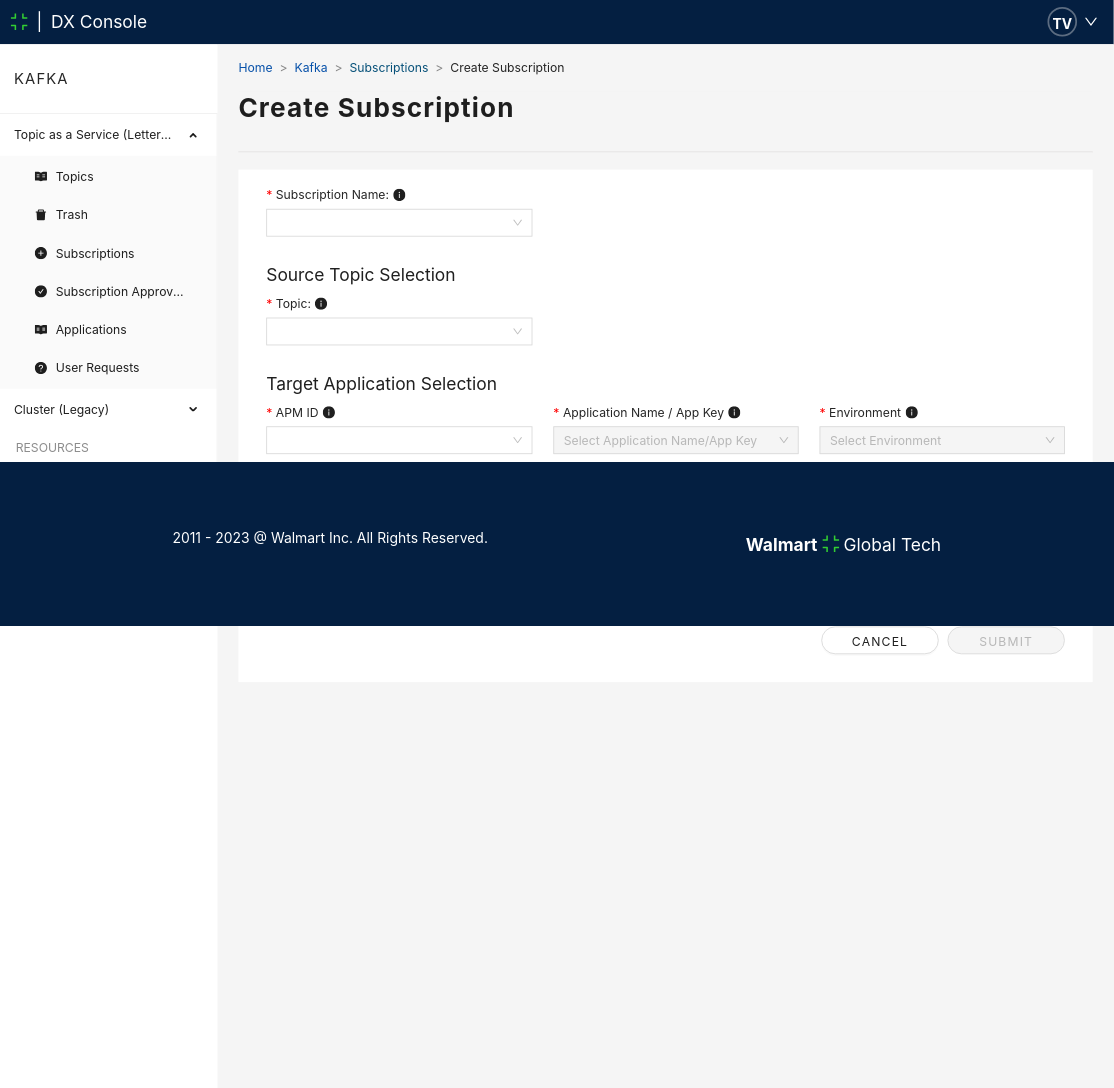
Repository: Qianying-Chai/kafka
Page: /kafka/subscriptions_active_tab=proxy/create
An editor plug-in stored every save of this project. The page is shown before and after the next save, followed by the edit.
The browser window is 1280 px wide. The pictures show the whole page, at 87% of full size.
The project was rebuilt for these pictures with package versions that can differ from the ones it lists, and the page was loaded fresh each time. Also part of the build but not shown: src/pages/Components/ComponentsTable.jsx, src/pages/Components/ComponentsInput.jsx, src/pages/Components/ComponentsPagination.jsx, src/pages/Taas/Topics/Topics.jsx, src/pages/Taas/Topics/CreateTopics/Form/DetailsForm.jsx, src/pages/Taas/Topics/CreateTopics/CreateTopic.jsx, src/pages/Taas/Trash/Style/Trash.css, src/pages/Taas/Trash/Trash.jsx and 15 more.

Above is the page before, as saved 2024-01-15 22:23:11.

### src/redux/store.jsx
import { configureStore } from "@reduxjs/toolkit";
import reducer from "./reducer";
const store = configureStore({ reducer: reducer });
export default store;

### src/pages/common/Header.jsx
import React from "react";
import "./Style/Header.css";
import { CompressOutlined, UpOutlined, DownOutlined } from "@ant-design/icons";
import { Layout } from "antd";
import { useState } from "react";
const Header = () => {
  const [login, setLogin] = useState(true);

  return (
    <Layout>
      <Layout.Header className="header">
        <div className="header-content-left">
          <CompressOutlined className="header-left-icon" />
          <span className="header-left-divider">|</span>
          <span className="header-left-dx-console">DX Console </span>
        </div>
        <div className="header-content-right">
          <div className="user">
            <div className="user-icon">TV</div>
            {login ? (
              <DownOutlined
                className="login-button"
                onClick={() => {
                  setLogin((state) => !state);
                }}
              />
            ) : (
              <UpOutlined
                className="logout-button"
                onClick={() => {
                  setLogin((state) => !state);
                }}
              />
            )}
          </div>
          <div
            className="logout-pop-up"
            style={{
              display: login ? "none" : "block",
            }}
          >
            LOGOUT
          </div>
        </div>
      </Layout.Header>
    </Layout>
  );
};
export default Header;

### src/pages/common/categoryConstants.jsx
const categoryConstants = {
  TOPICS: "Topics",
  TRASH: "Trash",
  SUBSCRIPTIONS: "Subscriptions",
  SUBSCRIPTIONS_APPROVALS: "Subscription Approvals",
  APPLICATIONS: "Applications",
  USER_REQUESTS: "User Requests",
  CLUSTERS: "Clusters",
  MIGRATED_CLUSTERS: "Migrated Clusters",
  SUBSCRIPTION: "Subscription",
  USERE_REQUESTS_LEGACY: "User Requests (Legacy)",
  SUPPORT: "Support",
  CREATE_TOPIC: "Create Topic",
  CREATE_SUBSCRIPTION: "Create Subscription",
};

export default categoryConstants;

### src/pages/Taas/Subscriptions/SubscriptionsProxy/CreateSubscriptions/CreateSubscriptionsProxy.jsx
import React from "react";
import ComponentsContent from "../../../../Components/ComponentsContent";
import categoryConstants from "../../../../common/categoryConstants";
import ComponentsBreadcrumb from "../../../../Components/ComponentsBreadcrumb";
import ComponentsDivider from "../../../../Components/ComponentsDivider";
import ComponentsTitle from "../../../../Components/ComponentsTitle";
import SubscriptionName from "./Form/SubscriptionName";
import SourceTopicSelection from "./Form/SourceTopicSelection";
import TargetApplicationSelection from "./Form/TargetApplicationSelection";
import RequesterDetails from "./Form/RequesterDetails";
import { Button, ConfigProvider, Divider } from "antd";
const CreateSubscriptionsProxy = () => {
  return (
    <ConfigProvider
      theme={{
        token: {
          borderRadius: 0,
        },
      }}
    >
      <div>
        <ComponentsBreadcrumb
          items={[
            {
              title: "Home",
            },
            {
              title: "Kafka",
            },
            {
              title: categoryConstants.SUBSCRIPTIONS,
              href: `/kafka/${categoryConstants.SUBSCRIPTIONS.toLowerCase()}_active_tab=nonProxy`,
            },
            {
              title: categoryConstants.CREATE_SUBSCRIPTION,
            },
          ]}
        />
        <div className="content-banner">
          <ComponentsTitle title={categoryConstants.CREATE_SUBSCRIPTION} />
        </div>
      </div>
      <ComponentsContent>
        <SubscriptionName />
        <SourceTopicSelection />

        <TargetApplicationSelection />
        <Divider />
        <RequesterDetails />
        <ComponentsDivider />
        <div className="buttons-wrapper">
          <Button shape="round" size={"medium"} className="cancel-button">
            CANCEL
          </Button>
          <Button
            shape="round"
            size={"medium"}
            disabled
            className="submit-button"
          >
            SUBMIT
          </Button>
        </div>
      </ComponentsContent>
    </ConfigProvider>
  );
};
export default CreateSubscriptionsProxy;

### src/pages/common/Footer.jsx
import React from "react";
import { Layout } from "antd";
import { CompressOutlined } from "@ant-design/icons";
import "./Style/Footer.css";

const Footer = () => {
  return (
    <Layout.Footer className="footer">
      <div className="footer-text-left">
        2011 - 2023 @ Walmart Inc. All Rights Reserved.
      </div>
      <div className="footer-text-right">
        <span className="footer-text-right-walmart">Walmart</span>
        <CompressOutlined className="footer-icon" />
        <span className="footer-text-right-global-tech">Global Tech</span>
      </div>
    </Layout.Footer>
  );
};

export default Footer;

### src/redux/reducer.jsx
import { SET_PATH_NAME, SET_SELECTED_TAAS_SUBSCRIPTIONS } from "./constants";
const initialState = {
  pathName: "",
  selectedTaasSubscriptions: "nonProxy",
};
const reducer = (state = initialState, action) => {
  const { type, payload } = action;
  switch (type) {
    case SET_PATH_NAME:
      return { ...state, pathName: payload };
    case SET_SELECTED_TAAS_SUBSCRIPTIONS:
      return { ...state, selectedTaasSubscriptions: payload };
    default:
      return state;
  }
};

export default reducer;

### src/pages/common/Style/Header.css
.header {
  justify-content: space-between;
  padding: 0 12px;
  background-color: rgb(4, 31, 65);
  height: 51px;
  line-height: 51px;
  color: #ffffff;
}

.header,
.user {
  display: flex;
}

.header-content-left {
  font-size: 20px;
}

.header-left-icon {
  color: #32cd32;
}

.header-left-divider {
  margin: 0 10px;
}

.header-content-right {
  font-weight: bolder;
  flex-direction: column;
  font-size: 1rem;
  width: 76px;
  padding-left: 12px;
}

.user {
  margin: 8px 0px;
}
.user-icon {
  height: 34px;
  line-height: 34px;
  width: 34px;
  border-radius: 50%;
  text-align: center;
}
.user-icon,
.logout-pop-up {
  border: 2px solid rgba(225, 225, 225, 0.4);
}

.login-button,
.logout-button {
  padding-left: 8px;
}

.logout-pop-up {
  transition: all 10s ease-out;
  width: 100px;
  height: 60px;
  line-height: 60px;
  position: absolute;
  right: 0px;
  z-index: 999;
  font-size: 15px;
  letter-spacing: 1pt;
  text-align: center;
  justify-content: center;
  color: rgb(94, 91, 91);
  box-shadow: 0px 0px 4px 4px rgba(176, 174, 174, 0.4);
}

### src/pages/common/Style/Sider.css
.sider {
  min-height: 1200px;
}

.slider-top {
  height: 80px;
  border-bottom: 1px solid rgb(239, 239, 239);
}
.slider-top-content {
  height: 100%;
  display: flex;
  align-items: center;
  margin-left: 16px;
  letter-spacing: 1pt;
  font-size: 17px;
  color: #000000d9;
}

### src/pages/Components/ComponentsContent.jsx
import React from "react";
import "../common/Style/Content.css";
import { Layout, theme } from "antd";

const ComponentsContent = (props) => {
  const {
    token: { colorBgContainer },
  } = theme.useToken();

  return (
    <div>
      <Layout.Content
        style={{
          padding: "20px 32px 32px",
          minHeight: 280,
          background: colorBgContainer,
        }}
        {...props}
      ></Layout.Content>
    </div>
  );
};
export default ComponentsContent;

### src/pages/Components/ComponentsBreadcrumb.jsx
import React from "react";
import { Breadcrumb, ConfigProvider } from "antd";

const ComponentsBreadcrumb = (props) => {
  return (
    <ConfigProvider
      theme={{
        components: {
          Breadcrumb: {
            lastItemColor: "#000000D9",
            linkColor: "#075179",
            itemColor: "#0751A9",
            linkHoverColor: "#F5F5F5",
          },
          token: {
            colorBgTextHover: "#F5F5F5",
          },
        },
      }}
    >
      <div>
        <Breadcrumb
          style={{
            margin: "16px 0",
          }}
          separator=">"
          items={props.items}
        ></Breadcrumb>
      </div>
    </ConfigProvider>
  );
};
export default ComponentsBreadcrumb;

### src/pages/Components/ComponentsTitle.jsx
import React from "react";
import { Typography, ConfigProvider } from "antd";
const { Title } = Typography;

const ComponentsTitle = (props) => {
  return (
    <>
      <ConfigProvider
        theme={{
          components: {
            token: {
              colorText: "#041E42",
            },
          },
        }}
      >
        <Title level={2} style={{ fontWeight: "bold" }}>
          {props.title}
        </Title>
      </ConfigProvider>
    </>
  );
};

export default ComponentsTitle;

### src/pages/Components/ComponentsDivider.jsx
import React from "react";
import { Divider, ConfigProvider } from "antd";
const ComponentsDivider = () => (
  <ConfigProvider
    theme={{
      token: {
        colorSplit: "rgba(0, 0, 0, 0.85)",
        marginLG: 16,
      },
    }}
  >
    {" "}
    <Divider />
  </ConfigProvider>
);
export default ComponentsDivider;

### src/pages/Taas/Topics/Style/CreateTopic.css
.buttons-wrapper {
  display: flex;
  justify-content: flex-end;
}

.cancel-button,
.submit-button {
  letter-spacing: 1pt;
  padding: 4px 15px;
  width: 135px;
}
.cancel-button {
  margin-right: 10px;
}

### src/pages/Taas/Subscriptions/SubscriptionsProxy/CreateSubscriptions/Form/SubscriptionName.jsx
import React, { useMemo, useRef, useState } from "react";
import SelectTitle from "../../../../../Components/SelectTitle";
import { Col, Row, Select, Spin } from "antd";
import debounce from "lodash/debounce";

const SubscriptionName = () => {
  function DebounceSelect({ fetchOptions, debounceTimeout = 800, ...props }) {
    const [fetching, setFetching] = useState(false);
    const [options, setOptions] = useState([]);
    const fetchRef = useRef(0);
    const debounceFetcher = useMemo(() => {
      const loadOptions = (value) => {
        fetchRef.current += 1;
        const fetchId = fetchRef.current;
        setOptions([]);
        setFetching(true);
        fetchOptions(value).then((newOptions) => {
          if (fetchId !== fetchRef.current) {
            // for fetch callback order
            return;
          }
          setOptions(newOptions);
          setFetching(false);
        });
      };
      return debounce(loadOptions, debounceTimeout);
    }, [fetchOptions, debounceTimeout]);
    return (
      <Select
        labelInValue
        filterOption={false}
        onSearch={debounceFetcher}
        notFoundContent={fetching ? <Spin size="small" /> : null}
        {...props}
        options={options}
      />
    );
  }
  async function fetchUserList(username) {
    console.log("fetching user", username);
    return fetch("https://randomuser.me/api/?results=5")
      .then((response) => response.json())
      .then((body) =>
        body.results.map((user) => ({
          label: `${user.name.first} ${user.name.last}`,
          value: user.login.username,
        }))
      );
  }
  const [value, setValue] = useState([]);

  return (
    <>
      <Row style={{ display: "flex", flexFlow: "nowrap" }}>
        <Col
          span={8}
          className="col"
          style={{
            marginRight: "12px",
          }}
        >
          <SelectTitle title={"Subscription Name:"} />
          <DebounceSelect
            mode="multiple"
            value={value}
            fetchOptions={fetchUserList}
            onChange={(newValue) => {
              setValue(newValue);
            }}
            className="select"
          />
        </Col>
      </Row>
    </>
  );
};
export default SubscriptionName;

### src/pages/Taas/Subscriptions/SubscriptionsProxy/CreateSubscriptions/Form/SourceTopicSelection.jsx
import React, { useMemo, useState, useRef } from "react";
import SelectTitle from "../../../../../Components/SelectTitle";
import debounce from "lodash/debounce";
import { Col, Row, Select, Spin, Typography } from "antd";
const { Title } = Typography;

const SourceTopicSelection = () => {
  function DebounceSelect({ fetchOptions, debounceTimeout = 800, ...props }) {
    const [fetching, setFetching] = useState(false);
    const [options, setOptions] = useState([]);
    const fetchRef = useRef(0);
    const debounceFetcher = useMemo(() => {
      const loadOptions = (value) => {
        fetchRef.current += 1;
        const fetchId = fetchRef.current;
        setOptions([]);
        setFetching(true);
        fetchOptions(value).then((newOptions) => {
          if (fetchId !== fetchRef.current) {
            // for fetch callback order
            return;
          }
          setOptions(newOptions);
          setFetching(false);
        });
      };
      return debounce(loadOptions, debounceTimeout);
    }, [fetchOptions, debounceTimeout]);
    return (
      <Select
        labelInValue
        filterOption={false}
        onSearch={debounceFetcher}
        notFoundContent={fetching ? <Spin size="small" /> : null}
        {...props}
        options={options}
      />
    );
  }

  const [value, setValue] = useState([]);

  async function fetchUserList(username) {
    console.log("fetching user", username);
    return fetch("https://randomuser.me/api/?results=5")
      .then((response) => response.json())
      .then((body) =>
        body.results.map((user) => ({
          label: `${user.name.first} ${user.name.last}`,
          value: user.login.username,
        }))
      );
  }
  // const handleChange = (value) => {
  //   console.log(`selected ${value}`);
  // };

  return (
    <>
      <Title level={4} style={{ fontWeight: "normal", paddingTop: "20px" }}>
        Source Topic Selection
      </Title>
      <Row style={{ display: "flex", flexFlow: "nowrap" }}>
        <Col
          span={8}
          style={{
            marginRight: "12px",
          }}
        >
          <SelectTitle title={"Topic:"} />
          <DebounceSelect
            className="select"
            mode="multiple"
            value={value}
            fetchOptions={fetchUserList}
            onChange={(newValue) => {
              setValue(newValue);
            }}
            style={{
              width: "100%",
              margin: "0 0 10px",
            }}
          />
        </Col>
      </Row>
    </>
  );
};

export default SourceTopicSelection;

### src/pages/Taas/Subscriptions/SubscriptionsProxy/CreateSubscriptions/Form/RequesterDetails.jsx
import React, { useMemo, useState, useRef } from "react";
import SelectTitle from "../../../../../Components/SelectTitle";
import debounce from "lodash/debounce";
import { Col, Row, Select, Spin, Typography, Collapse } from "antd";
const { Title } = Typography;

const RequesterDetails = () => {
  function DebounceSelect({ fetchOptions, debounceTimeout = 800, ...props }) {
    const [fetching, setFetching] = useState(false);
    const [options, setOptions] = useState([]);
    const fetchRef = useRef(0);
    const debounceFetcher = useMemo(() => {
      const loadOptions = (value) => {
        fetchRef.current += 1;
        const fetchId = fetchRef.current;
        setOptions([]);
        setFetching(true);
        fetchOptions(value).then((newOptions) => {
          if (fetchId !== fetchRef.current) {
            // for fetch callback order
            return;
          }
          setOptions(newOptions);
          setFetching(false);
        });
      };
      return debounce(loadOptions, debounceTimeout);
    }, [fetchOptions, debounceTimeout]);
    return (
      <Select
        labelInValue
        filterOption={false}
        onSearch={debounceFetcher}
        notFoundContent={fetching ? <Spin size="small" /> : null}
        {...props}
        options={options}
      />
    );
  }

  const [value, setValue] = useState([]);

  async function fetchUserList(username) {
    console.log("fetching user", username);
    return fetch("https://randomuser.me/api/?results=5")
      .then((response) => response.json())
      .then((body) =>
        body.results.map((user) => ({
          label: `${user.name.first} ${user.name.last}`,
          value: user.login.username,
        }))
      );
  }
  // const handleChange = (value) => {
  //   console.log(`selected ${value}`);
  // };
  const items = [
    {
      key: "1",
      label: (
        <Title level={4} style={{ fontWeight: "normal", paddingTop: "20px" }}>
          Source Topic Selection
        </Title>
      ),
      // children: [
      //   <Row style={{ display: "flex", flexFlow: "nowrap" }}>
      //     <Col
      //       span={8}
      //       style={{
      //         marginRight: "12px",
      //       }}
      //     >
      //       <SelectTitle title={"Topic:"} />
      //       <DebounceSelect
      //         className="select"
      //         mode="multiple"
      //         value={value}
      //         fetchOptions={fetchUserList}
      //         onChange={(newValue) => {
      //           setValue(newValue);
      //         }}
      //         style={{
      //           width: "100%",
      //           margin: "0 0 10px",
      //         }}
      //       />
      //     </Col>
      //   </Row>,
      // ],
    },
  ];
  return <Collapse defaultActiveKey={["1"]} ghost items={items}></Collapse>;
};

export default RequesterDetails;

### src/pages/common/Style/Footer.css
.footer {
  text-emphasis-style: center;
  background-color: #041f41;
  color: white;
  display: flex;
  justify-content: space-around;
  height: 189px;
  align-items: center;
  width: 100%;
  position: fixed;
  bottom: 0;
}

.footer-icon {
  font-size: 20px;
  color: #32cd32;
}

.footer-text-left {
  font-size: 16px;
  margin-bottom: 16px;
}

.footer-text-right {
  font-size: 20px;
}

.footer-text-right-walmart {
  font-weight: bold;
  padding-right: 5px;
}

.footer-text-right-global-tech {
  padding-left: 5px;
}

### src/redux/constants.jsx
const SET_PATH_NAME = "SET_PATH_NAME";
const SET_SELECTED_TAAS_SUBSCRIPTIONS = "SET_SELECTED_TAAS_SUBSCRIPTIONS";
export { SET_PATH_NAME };
export { SET_SELECTED_TAAS_SUBSCRIPTIONS };

### src/pages/common/Style/Content.css
.content-banner {
  height: 70px;
  display: flex;
  justify-content: space-between;
  background-color: #f5f5f5;
  color: #041e42;
  letter-spacing: 1pt;
  border-bottom: 1px solid rgba(167, 164, 164, 0.3);
  margin-bottom: 20px;
  padding-bottom: 15px;
}

.content-banner-button {
  background-color: #041f41;
  color: #ffffff;
  letter-spacing: 1pt;
}

.content-text {
  margin: 24px 0 20px;
}

### src/pages/Components/SelectTitle.jsx
import React from "react";
import "./Style/SelectTitle.css";
import { InfoCircleFilled } from "@ant-design/icons";
const SelectTitle = (props) => {
  return (
    <div className="Select-title-wrapper">
      <span className="prefix">*</span>
      <span className="Select-title">{props.title}</span>
      <InfoCircleFilled />
    </div>
  );
};

export default SelectTitle;

### src/pages/Taas/Topics/Style/DetailsForm.css
.select {
  margin: 0 0 10px;
  width: 100%;
}

### src/pages/Components/Style/SelectTitle.css
.prefix {
  color: red;
  margin-right: 4px;
}

.Select-title-wrapper {
  padding-bottom: 8px;
}

.Select-title {
  margin-right: 5px;
  color: rgba(0, 0, 0, 0.85);
}

Loaded but not shown: public/index.html (common file); src/style/index.css (common file); src/App.js (104 lines, source omitted); src/index.js (16 lines, source omitted); src/pages/common/Sider.jsx (186 lines, source omitted); src/pages/Taas/Subscriptions/SubscriptionsProxy/CreateSubscriptions/Form/TargetApplicationSelection.jsx (118 lines, source omitted)

After the next save:
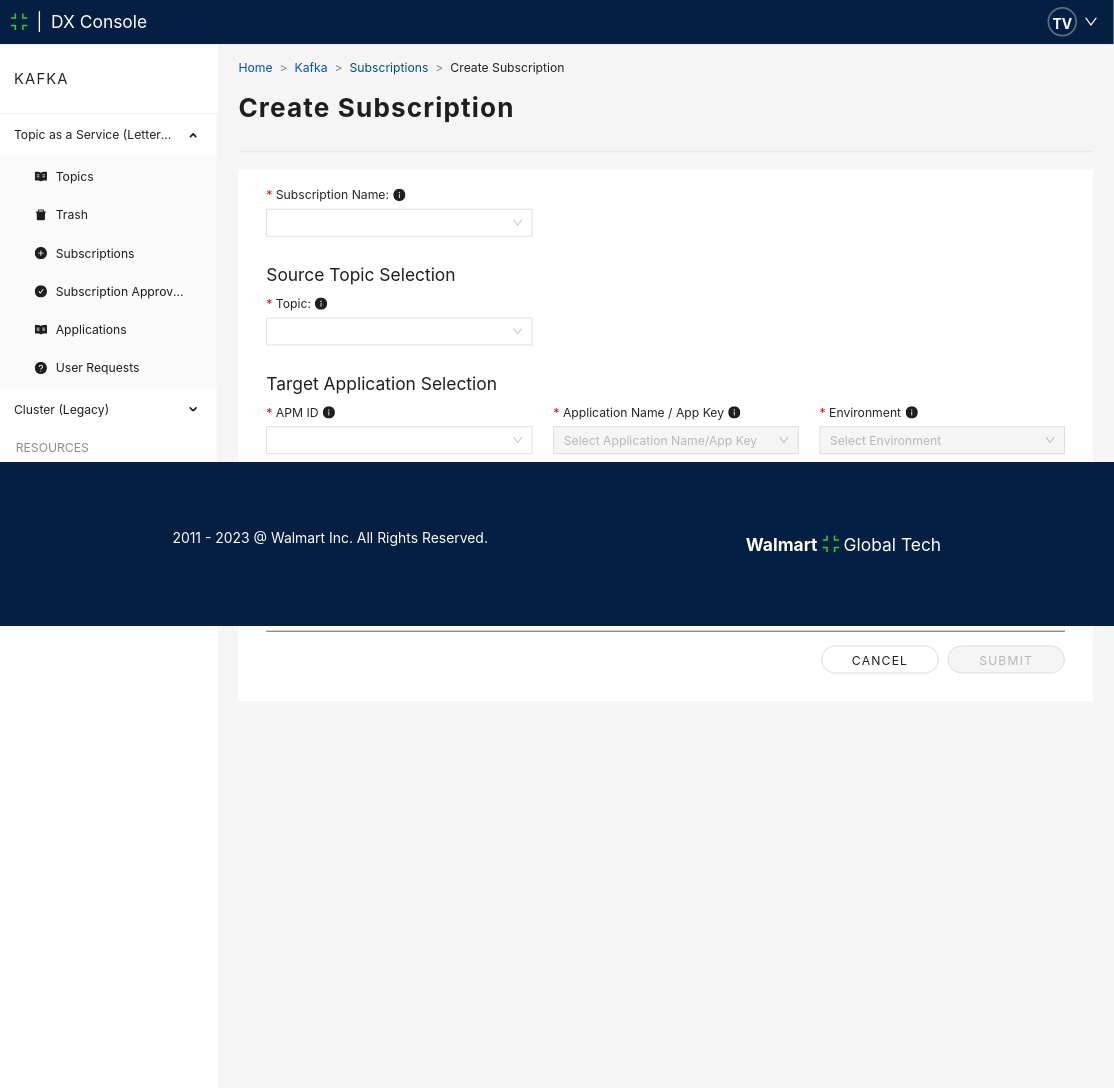
Saved 48 s later.
--- a/src/pages/Taas/Subscriptions/SubscriptionsProxy/CreateSubscriptions/Form/RequesterDetails.jsx
+++ b/src/pages/Taas/Subscriptions/SubscriptionsProxy/CreateSubscriptions/Form/RequesterDetails.jsx
@@ -87,6 +87,7 @@
       //     </Col>
       //   </Row>,
       // ],
+      children: ["111"],
     },
   ];
   return <Collapse defaultActiveKey={["1"]} ghost items={items}></Collapse>;
